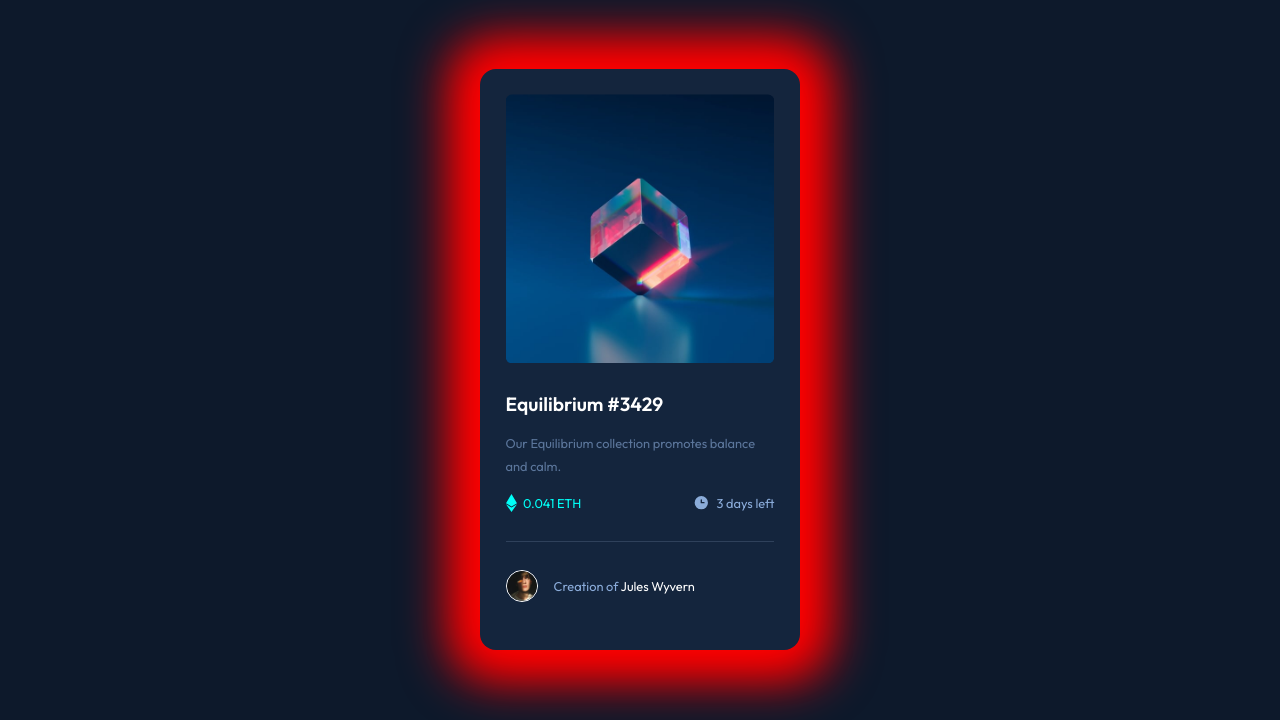
Repository: thaibaocoder1/nft-preview-card-component
Page: index.html
These files come from the project's save history. The page is drawn as it stood at one moment and after a run of saves; the edit follows.
The browser window is 1280 px wide. The pictures show the whole page.

Above is the page before, as saved 2023-01-06 19:12:45.

### index.html
<!DOCTYPE html>
<html lang="en">
<head>
  <meta charset="UTF-8">
  <meta name="viewport" content="width=device-width, initial-scale=1.0">
  <link rel="icon" type="image/png" sizes="32x32" href="./images/favicon-32x32.png">
  <title>Frontend Mentor | NFT preview card component</title>
  <link rel="stylesheet" href="./images/favicon-32x32.png">
  <link rel="stylesheet" href="./style.css">
  <style>
    .attribution { font-size: 11px; text-align: center; }
    .attribution a { color: hsl(228, 45%, 44%); }
  </style>
</head>
<body>
  <main class="container">
    <img src="./images/image-equilibrium.jpg" alt="Image" class="container-img">
    <div class="container-content">
      <h2 class="container-heading">Equilibrium #3429</h2>
      <p class="container-desc">Our Equilibrium collection promotes balance and calm.</p>
      <section class="container-date">
        <div class="container-date-right">
          <img src="./images/icon-ethereum.svg" alt="" class="container-date--image">
          <span class="container-date--text">
            0.041 ETH
          </span>
        </div>
        <div class="container-date-left">
          <img src="./images/icon-clock.svg" alt="" class="container-date--image">
          <span class="container-date--text">
            3 days left
          </span>
        </div>
      </section>
      <hr id="mark">
      <div class="container-footer">
        <img src="./images/image-avatar.png" alt="" class="container-date--image">
        <small class="container-date--footer">
          Creation of
          <span id="text-marker">Jules Wyvern</span>
        </small>
        </div>
      </div>
    </main>


  <!-- <div class="attribution">
    Challenge by <a href="https://www.frontendmentor.io?ref=challenge" target="_blank">Frontend Mentor</a>.
    Coded by <a href="#">baoDev</a>.
  </div> -->
</body>
</html>
<!-- Equilibrium #3429

Our Equilibrium collection promotes balance and calm.

0.041 ETH
3 days left

Creation of Jules Wyvern -->

### style.css
@import url('https://fonts.googleapis.com/css2?family=Outfit:wght@300;400;600&display=swap');
* {
    margin: 0;
    padding: 0;
    box-sizing: border-box;
}
body {
    text-rendering: optimizeLegibility;
    scroll-behavior: smooth;
    font-family: 'Outfit', sans-serif;
    display: flex;
    align-items: center;
    justify-content: center;
    min-height: calc(100vh - 1px);
    background-color: var(--very-dark-blue-main);
    font-size: 62.5%;
}
:root {
    --soft-blue: hsl(215, 51%, 70%);
    --cyan-color: hsl(178, 100%, 50%);
    --very-dark-blue-main: hsl(217, 54%, 11%);
    --very-dark-blue-card: hsl(216, 50%, 16%);
    --very-dark-blue-line: hsl(215, 32%, 27%);
    --white-color: hsl(0, 0%, 100%);
}
.container {
    width: 320px;
    background-color: var(--very-dark-blue-card);
    text-align: center;
    border-radius: 1rem;
    box-shadow: 0 0 3rem 0 red,
    0 0 3rem 2rem red;
}
.container .container-img {
    width: 20rem;
    height: 20rem;
    object-fit: cover;
    cursor: pointer;
    border-radius: 2rem;
    overflow: hidden;
    padding: 1.6rem;
}
.container .container-content {
    padding: 0 1.6rem 3rem 1.6rem;
    text-align: left;
}
.container .container-content .container-heading {
    color: var(--white-color);
    font-size: 1.2rem;
    padding-bottom: 1rem;
}
.container .container-content .container-desc {
    color: var(--soft-blue);
    font-size: 0.8rem;
    font-weight: 400;
    opacity: 0.6;
    line-height: 1.8;
}
.container .container-date {
    display: flex;
    align-items: center;
    padding: 1rem 0 1.8rem;
}
.container-date .container-date-right, .container .container-date-left {
    display: flex;
    align-items: center;
    justify-content: center;
}
.container .container-date .container-date-left {
    margin-left: auto;
}
.container .container-date--text {
    color: var(--cyan-color);
    font-size: 0.8rem;
    line-height: 1rem;
    text-align: center;
    margin-left: 0.4rem;
}
.container .container-date-left .container-date--text {
    color: var(--soft-blue);
}
#mark {
    border: none;
    width: 100%;
    height: 1px;
    background-color: var(--very-dark-blue-line);
}
.container .container-footer {
    padding-top: 1.8rem;
    display: flex;
    align-items: center;
}
.container .container-footer .container-date--image {
    width: 2rem;
    height: 2rem;
    border-radius: 50%;
    border: 1px solid var(--white-color);
}
.container .container-footer .container-date--footer {
    margin-left: 1rem;
    font-size: 0.8rem;
    color: var(--soft-blue);
}
.container .container-footer #text-marker {
    color: #fff;
}

After the next 5 saves:
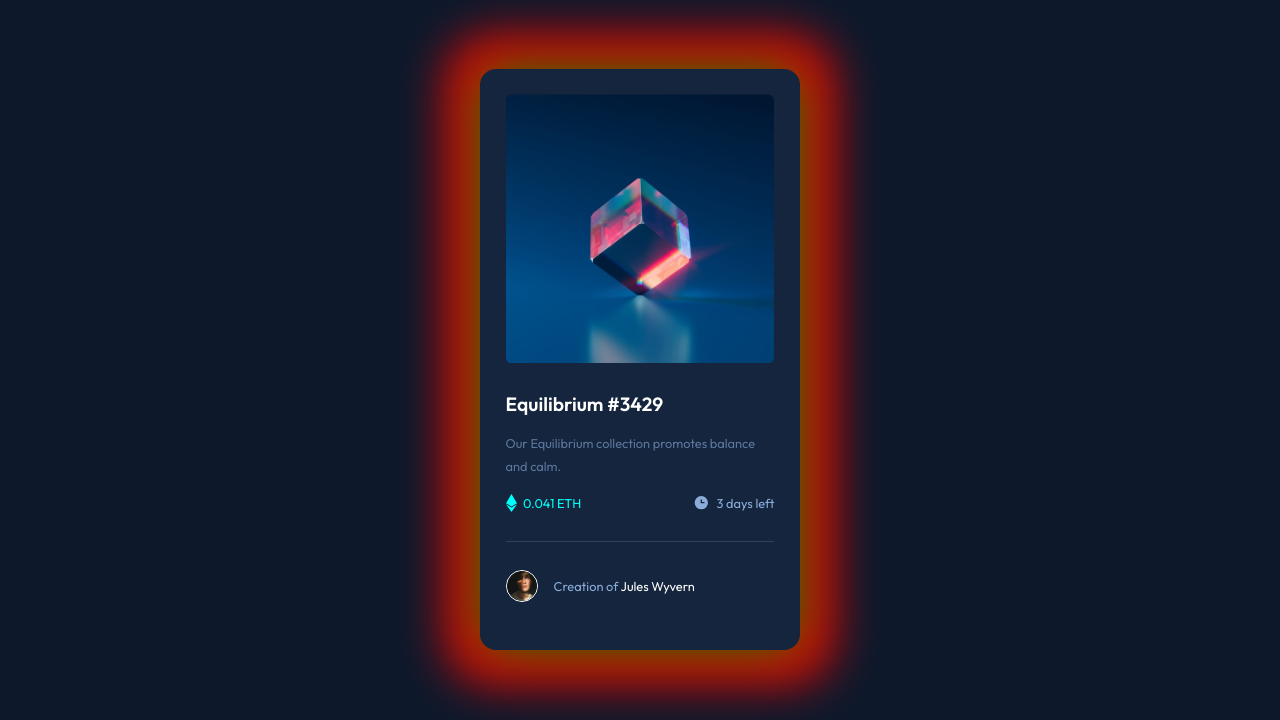
The 5 saves are shown as one change because they came seconds apart.
The last was saved 8 s later.
--- a/style.css
+++ b/style.css
@@ -28,7 +28,7 @@ body {
     background-color: var(--very-dark-blue-card);
     text-align: center;
     border-radius: 1rem;
-    box-shadow: 0 0 3rem 0 red,
+    box-shadow: 0 0 3rem 0 green,
     0 0 3rem 2rem red;
 }
 .container .container-img {
